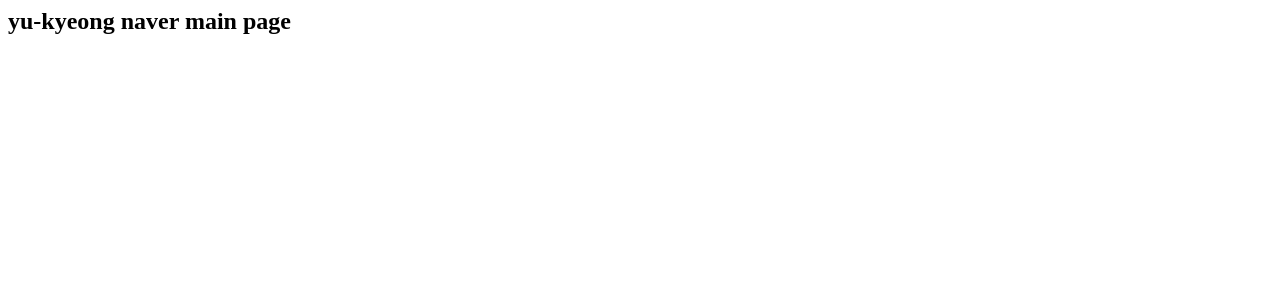
Repository: kimyukyeong1023/spring-class-content
Page: Day57_20260812_2/src/main/resources/static/index.html
These files come from the project's save history. The page is drawn as it stood at one moment and after the next save; the edit follows.
The browser window is 1280 px wide. The pictures show the whole page.

Above is the page before, as saved 2026-08-12 06:40:47.

After the next save:
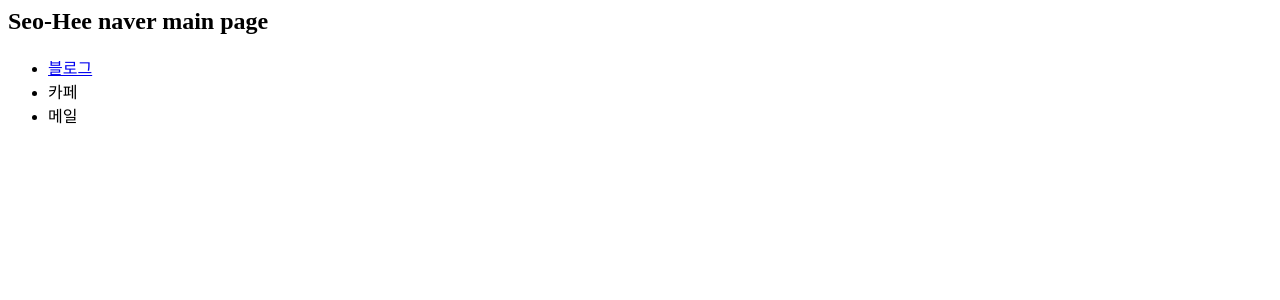
Saved 43 min 58 s later.
--- a/Day57_20260812_2/src/main/resources/static/index.html
+++ b/Day57_20260812_2/src/main/resources/static/index.html
@@ -1,9 +1,14 @@
 <html>
+<head></head>
+<body>
+	<h2>Seo-Hee naver main page</h2>
 
-<head></head>
-
-<body>
-	<h2>yu-kyeong naver main page</h2>
+	<header>
+		<ul>
+			<li><a href="/blog">블로그</a></li>
+			<li>카페</li>
+			<li>메일</li>
+		</ul>
+	</header>
 </body>
-
 </html>
